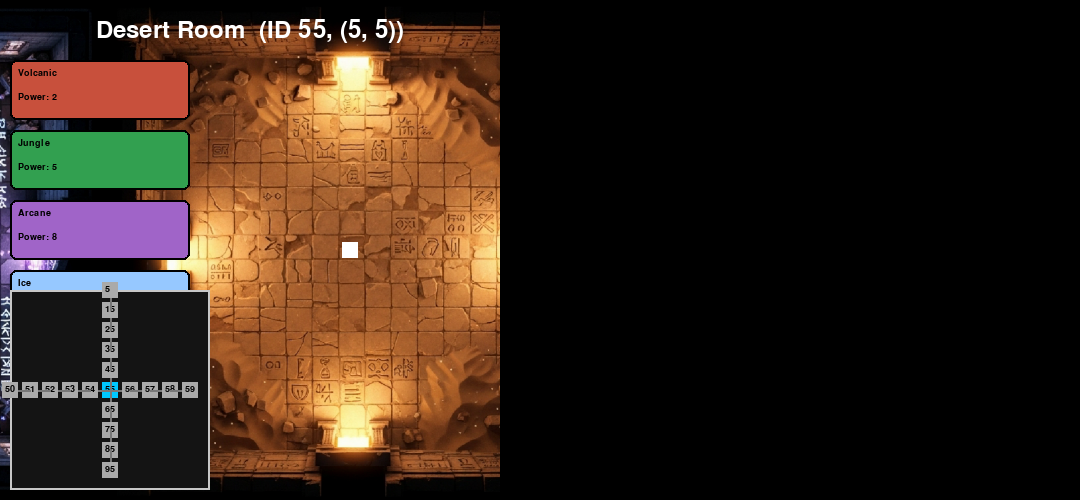
Repository: MehediMim/GateBound
Script's output: python main.py
An editor plug-in stored every save of this project. The script's output is shown before and after a run of saves, followed by the edit.
The window is shown after at most 60 frames with no key pressed. Random numbers start from a fixed seed. It also reads assets/bg_arcane.png, assets/bg_desert.png, assets/bg_ice.png, assets/bg_jungle.png, assets/bg_volcanic.png.

Above is the script's output before, as saved 2026-01-26 18:48:27.

### main.py
import pygame
import sys
import random

# =========================
# CONFIG
# =========================
SCREEN = 500
ROOM_ORIGINAL = 1024
ROOM_SCALE = 0.5
ROOM_DRAW = int(ROOM_ORIGINAL * ROOM_SCALE)  # 512
FPS = 60
PLAYER_SPEED = 5
DEBUG = False

GRID_W = 10
GRID_H = 10

# =========================
# CARD CONFIG
# =========================
CARD_TYPES = ["Jungle", "Desert", "Ice", "Volcanic", "Arcane"]
CARD_MIN_POWER = 1
CARD_MAX_POWER = 9
MAX_CARDS = 5



# =========================
# INIT
# =========================
pygame.init()
screen = pygame.display.set_mode((SCREEN, SCREEN))
pygame.display.set_caption("Tower Puzzle — Rooms (10x10)")
clock = pygame.time.Clock()
font = pygame.font.SysFont(None, 36)
map_font = pygame.font.SysFont(None, 14)

# =========================
# ROOM TYPES + BG
# =========================
ROOM_TYPES = ["Jungle", "Desert", "Ice", "Volcanic", "Arcane"]

BG_RAW = {
    "Jungle": pygame.image.load("assets/bg_jungle.png").convert(),
    "Desert": pygame.image.load("assets/bg_desert.png").convert(),
    "Ice": pygame.image.load("assets/bg_ice.png").convert(),
    "Volcanic": pygame.image.load("assets/bg_volcanic.png").convert(),
    "Arcane": pygame.image.load("assets/bg_arcane.png").convert(),
}

BG = {k: pygame.transform.smoothscale(v, (ROOM_DRAW, ROOM_DRAW)) for k, v in BG_RAW.items()}

# =========================
# LAYOUT
# =========================
SIDEBAR_W = 200
GAME_W = SCREEN - SIDEBAR_W
GAME_H = SCREEN

# =========================
# CENTER ROOM RECT (SCREEN SPACE)
# =========================
GAME_BOX_RECT = pygame.Rect(
    SIDEBAR_W + (GAME_W - ROOM_DRAW) // 2,
    (SCREEN - ROOM_DRAW) // 2,
    ROOM_DRAW,
    ROOM_DRAW
)

ROOM_RECT = GAME_BOX_RECT.copy()



# Door hitboxes around the center room (screen space)
DOORS = {
    "top":    pygame.Rect(ROOM_RECT.centerx - 56, ROOM_RECT.top - 112, 112, 112),
    "bottom": pygame.Rect(ROOM_RECT.centerx - 56, ROOM_RECT.bottom,     112, 112),
    "left":   pygame.Rect(ROOM_RECT.left - 112,   ROOM_RECT.centery - 56, 112, 112),
    "right":  pygame.Rect(ROOM_RECT.right,        ROOM_RECT.centery - 56, 112, 112),
}

# Allow player to reach doors
WALK_RECT = ROOM_RECT.copy()
for r in DOORS.values():
    WALK_RECT.union_ip(r)


SPAWN = ROOM_RECT.center

# =========================
# FIXED 10x10 WORLD (PERSISTENT)
# =========================
rooms = {}

def room_id(x, y):
    return y * GRID_W + x

def id_to_xy(rid):
    return (rid % GRID_W, rid // GRID_W)

def create_world():
    for y in range(GRID_H):
        for x in range(GRID_W):
            rid = room_id(x, y)

            links = {}
            if y > 0:              links["top"] = room_id(x, y - 1)
            if y < GRID_H - 1:     links["bottom"] = room_id(x, y + 1)
            if x > 0:              links["left"] = room_id(x - 1, y)
            if x < GRID_W - 1:     links["right"] = room_id(x + 1, y)

            rooms[rid] = {
                "id": rid,
                "pos": (x, y),
                "type": random.choice(ROOM_TYPES),  # random ONCE
                "links": links
            }

create_world()
current = room_id(GRID_W // 2, GRID_H // 2)

# =========================
# PLAYER
# =========================
player = pygame.Rect(0, 0, 16, 16)
player.center = SPAWN




# =========================
# CARDS
# =========================
cards = []

def create_random_card():
    return {
        "type": random.choice(CARD_TYPES),
        "power": random.randint(CARD_MIN_POWER, CARD_MAX_POWER)
    }

def init_cards():
    cards.clear()
    for _ in range(MAX_CARDS):
        cards.append(create_random_card())



def print_cards():
    print("---- CARDS ----")
    for i, c in enumerate(cards):
        print(f"{i}: {c['type']} ({c['power']})")
    print("---------------")

init_cards()
print_cards()
print("CARDS AT START:", cards)




# =========================
# MOVEMENT + ROOM CHANGE
# =========================
def move(dx, dy):
    player.x += dx
    player.y += dy
    player.clamp_ip(WALK_RECT)

def print_room_list():
    print("====== ROOM LIST (10x10) ======")
    for rid in range(GRID_W * GRID_H):
        print(f"Room {rid:02d} @ {rooms[rid]['pos']}: {rooms[rid]['type']}")
    print("===============================")

def change_room(direction):
    global current
    if direction in rooms[current]["links"]:
        current = rooms[current]["links"][direction]
        player.center = SPAWN

        r = rooms[current]
        print("---- ROOM CHANGE ----")
        print("Current:", current, "Grid:", r["pos"], "Type:", r["type"])
        for k in ("top", "left", "right", "bottom"):
            print(f"  {k} ->", r["links"].get(k))
        print("---------------------")

def handle_doors():
    for direction, rect in DOORS.items():
        if player.colliderect(rect):
            change_room(direction)
            break

# =========================
# DEBUG DRAW
# =========================
def draw_debug():
    pygame.draw.rect(screen, (0, 255, 0), ROOM_RECT, 2)
    pygame.draw.rect(screen, (255, 255, 0), WALK_RECT, 2)
    for name, r in DOORS.items():
        pygame.draw.rect(screen, (255, 0, 0), r, 2)
        t = map_font.render(name, True, (255, 0, 0))
        screen.blit(t, (r.x + 5, r.y + 5))
    pygame.draw.rect(screen, (0, 150, 255), player, 2)

def draw_debug_info():
    y = 60
    line_h = 20
    room = rooms[current]

    def line(text):
        nonlocal y
        screen.blit(font.render(text, True, (255, 255, 0)), (10, y))
        y += line_h

    line(f"Room ID: {current}  Grid: {room['pos']}  Type: {room['type']}")
    line(f"Top: {room['links'].get('top')}")
    line(f"Left: {room['links'].get('left')}")
    line(f"Right: {room['links'].get('right')}")
    line(f"Bottom: {room['links'].get('bottom')}")

# =========================
# MINIMAP (CROSS: MAX 5 EACH SIDE)
# =========================
def draw_minimap():
    panel_size = 200
    panel_x = 10
    panel_y = SCREEN - panel_size - 10


    node = 16
    gap = 4
    step = node + gap

    center_x = panel_x + panel_size // 2 - node // 2
    center_y = panel_y + panel_size // 2 - node // 2

    pygame.draw.rect(screen, (20, 20, 20), (panel_x, panel_y, panel_size, panel_size))
    pygame.draw.rect(screen, (200, 200, 200), (panel_x, panel_y, panel_size, panel_size), 2)

    # center
    pygame.draw.rect(screen, (0, 200, 255), (center_x, center_y, node, node))
    screen.blit(map_font.render(str(current), True, (0, 0, 0)), (center_x + 3, center_y + 2))

    for d, (dx, dy) in {
        "top": (0, -1),
        "bottom": (0, 1),
        "left": (-1, 0),
        "right": (1, 0),
    }.items():
        rid = current
        cx, cy = center_x, center_y

        for _ in range(5):
            nxt = rooms[rid]["links"].get(d)
            if nxt is None:
                break

            cx += dx * step
            cy += dy * step

            pygame.draw.line(
                screen, (120, 120, 120),
                (cx + node // 2 - dx * step, cy + node // 2 - dy * step),
                (cx + node // 2, cy + node // 2),
                2
            )

            pygame.draw.rect(screen, (170, 170, 170), (cx, cy, node, node))
            screen.blit(map_font.render(str(nxt), True, (0, 0, 0)), (cx + 3, cy + 2))

            rid = nxt
def draw_cards():
    x = 10
    y = 60
    w = SIDEBAR_W - 20
    h = 60
    gap = 10

    for i, c in enumerate(cards):
        color = {
            "Jungle": (50, 160, 80),
            "Desert": (200, 180, 80),
            "Ice": (150, 200, 255),
            "Volcanic": (200, 80, 60),
            "Arcane": (160, 100, 200)
        }[c["type"]]

        rect = pygame.Rect(x, y + i * (h + gap), w, h)

        pygame.draw.rect(screen, color, rect, border_radius=6)
        pygame.draw.rect(screen, (0, 0, 0), rect, 2, border_radius=6)

        t1 = map_font.render(c["type"], True, (0, 0, 0))
        t2 = map_font.render(f"Power: {c['power']}", True, (0, 0, 0))

        screen.blit(t1, (rect.x + 8, rect.y + 8))
        screen.blit(t2, (rect.x + 8, rect.y + 32))


# =========================
# LOOP
# =========================
while True:
    clock.tick(FPS)

    for e in pygame.event.get():
        if e.type == pygame.QUIT:
            pygame.quit()
            sys.exit()
        if e.type == pygame.KEYDOWN:
            if e.key == pygame.K_p:   # print whole list on demand
                print_room_list()

    k = pygame.key.get_pressed()
    dx = dy = 0
    if k[pygame.K_a] or k[pygame.K_LEFT]:
        dx -= PLAYER_SPEED
    if k[pygame.K_d] or k[pygame.K_RIGHT]:
        dx += PLAYER_SPEED
    if k[pygame.K_w] or k[pygame.K_UP]:
        dy -= PLAYER_SPEED
    if k[pygame.K_s] or k[pygame.K_DOWN]:
        dy += PLAYER_SPEED

    move(dx, dy)
    handle_doors()

    screen.fill((0, 0, 0))   # ✅ ONLY ONCE, FIRST


    # Sidebar background
    pygame.draw.rect(screen, (15, 15, 15), (0, 0, SIDEBAR_W, SCREEN))
    pygame.draw.rect(screen, (180, 180, 180), (0, 0, SIDEBAR_W, SCREEN), 2)

    # Game box background
    pygame.draw.rect(screen, (30, 30, 30), GAME_BOX_RECT)
    pygame.draw.rect(screen, (180, 180, 180), GAME_BOX_RECT, 2)




    # =====================
    # DRAW (HALF PREVIEWS)
    # =====================


    room = rooms[current]
    cx, cy = ROOM_RECT.topleft
    w = h = ROOM_DRAW
    half = w // 2


    # Center room (full)
    screen.blit(BG[room["type"]], (cx, cy))

    # Top room (show bottom half)
    top_id = room["links"].get("top")
    if top_id is not None:
        top_room = rooms[top_id]
        top_img = BG[top_room["type"]].subsurface(pygame.Rect(0, half, w, half))
        screen.blit(top_img, (cx, cy - half))

    # Bottom room (show top half)
    bottom_id = room["links"].get("bottom")
    if bottom_id is not None:
        bottom_room = rooms[bottom_id]
        bottom_img = BG[bottom_room["type"]].subsurface(pygame.Rect(0, 0, w, half))
        screen.blit(bottom_img, (cx, cy + w))

    # Left room (show right half)
    left_id = room["links"].get("left")
    if left_id is not None:
        left_room = rooms[left_id]
        left_img = BG[left_room["type"]].subsurface(pygame.Rect(half, 0, half, h))
        screen.blit(left_img, (cx - half, cy))

    # Right room (show left half)
    right_id = room["links"].get("right")
    if right_id is not None:
        right_room = rooms[right_id]
        right_img = BG[right_room["type"]].subsurface(pygame.Rect(0, 0, half, h))
        screen.blit(right_img, (cx + w, cy))

    # Player
    pygame.draw.rect(screen, (255, 255, 255), player)

    # ---------- UI ----------
    draw_cards()
    draw_minimap()


    # Label
    label = font.render(f"{room['type']} Room  (ID {current}, {room['pos']})", True, (255, 255, 255))
    screen.blit(label, (SCREEN // 2 - label.get_width() // 2, 18))

    if DEBUG:
        draw_debug()
        draw_debug_info()



    pygame.display.flip()

After the next 2 saves:
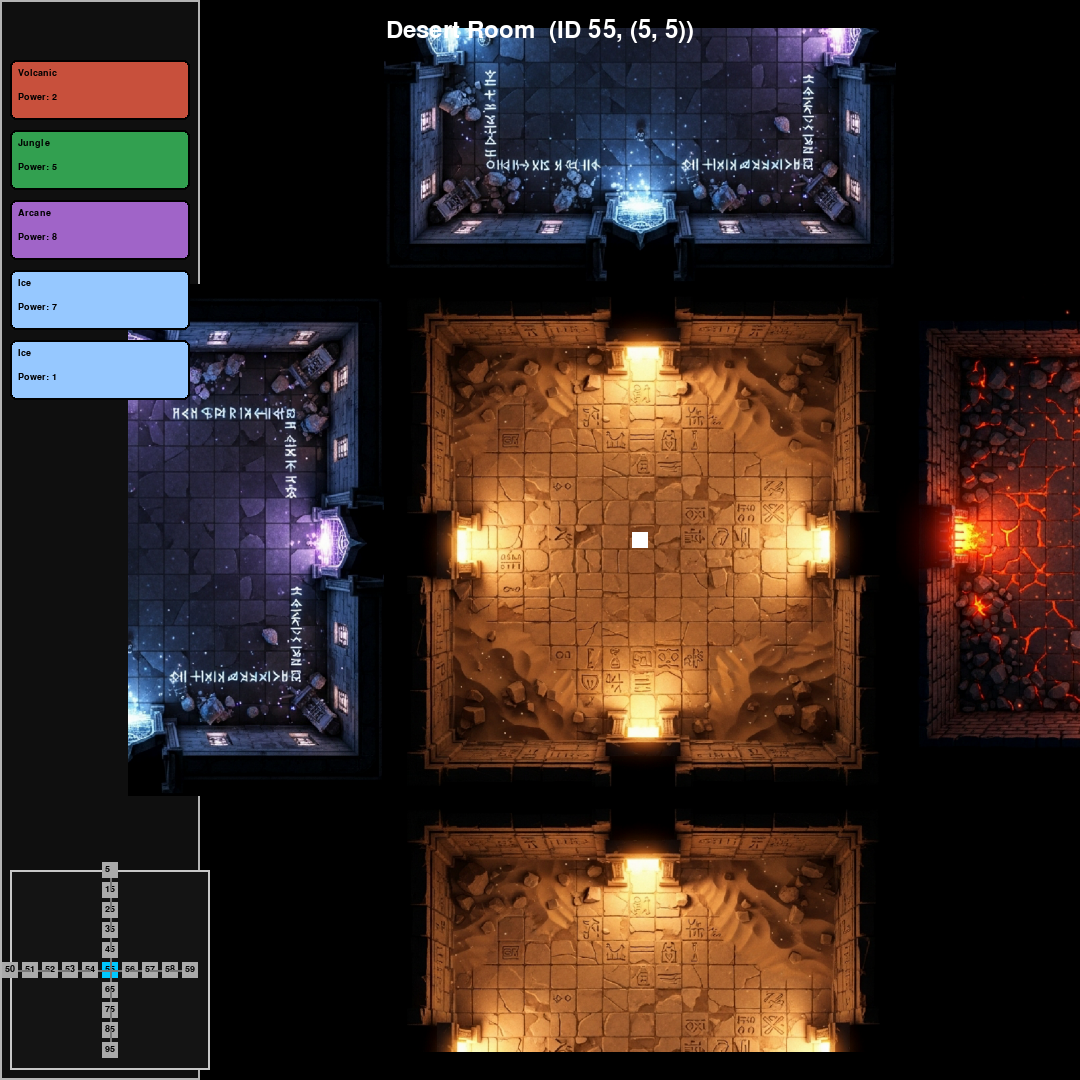
The 2 saves are shown as one change because they came seconds apart.
The last was saved 3 min 9 s later.
--- a/main.py
+++ b/main.py
@@ -5,7 +5,7 @@ import random
 # =========================
 # CONFIG
 # =========================
-SCREEN = 500
+SCREEN = 1080
 ROOM_ORIGINAL = 1024
 ROOM_SCALE = 0.5
 ROOM_DRAW = int(ROOM_ORIGINAL * ROOM_SCALE)  # 512
